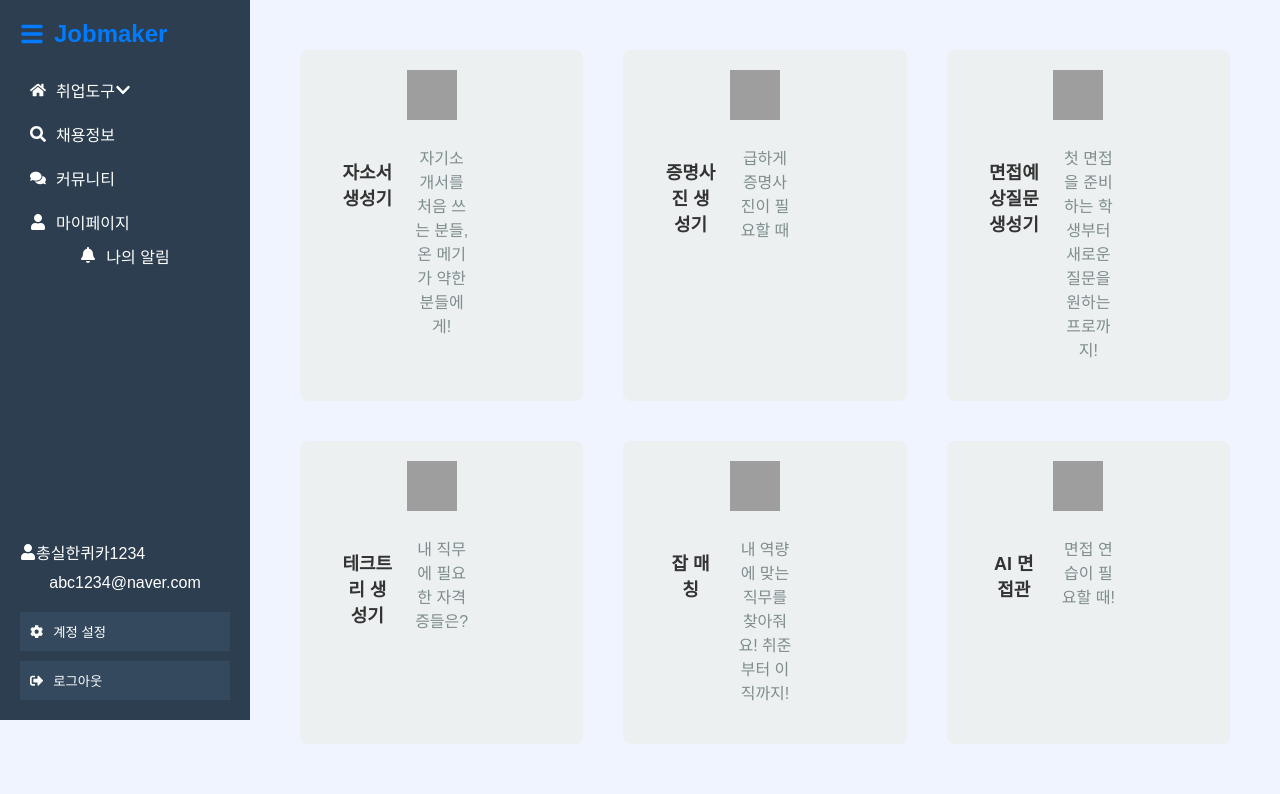
Repository: HSfac/jobmaker
Page: /main
The author's editor kept a copy of each file at every save. The page is drawn from the files as they stood at one save, then again after the next save.
The browser window is 1280 px wide. The pictures show the whole page.
Pictures or frames that could not be fetched are drawn as grey boxes. The project was rebuilt for these pictures with package versions that can differ from the ones it lists, and the page was loaded fresh each time. Also part of the build but not shown: src/components/Header.jsx, src/components/Footer.css, src/components/Footer.jsx, src/pages/LandingPage.jsx, src/pages/InfosPage.jsx, src/pages/CommunityPage.jsx, src/pages/MyPage.jsx, src/components/SocialLoginButton.css and 15 more.

Above is the page before, as saved 2024-07-13 17:41:48.

After the next save:
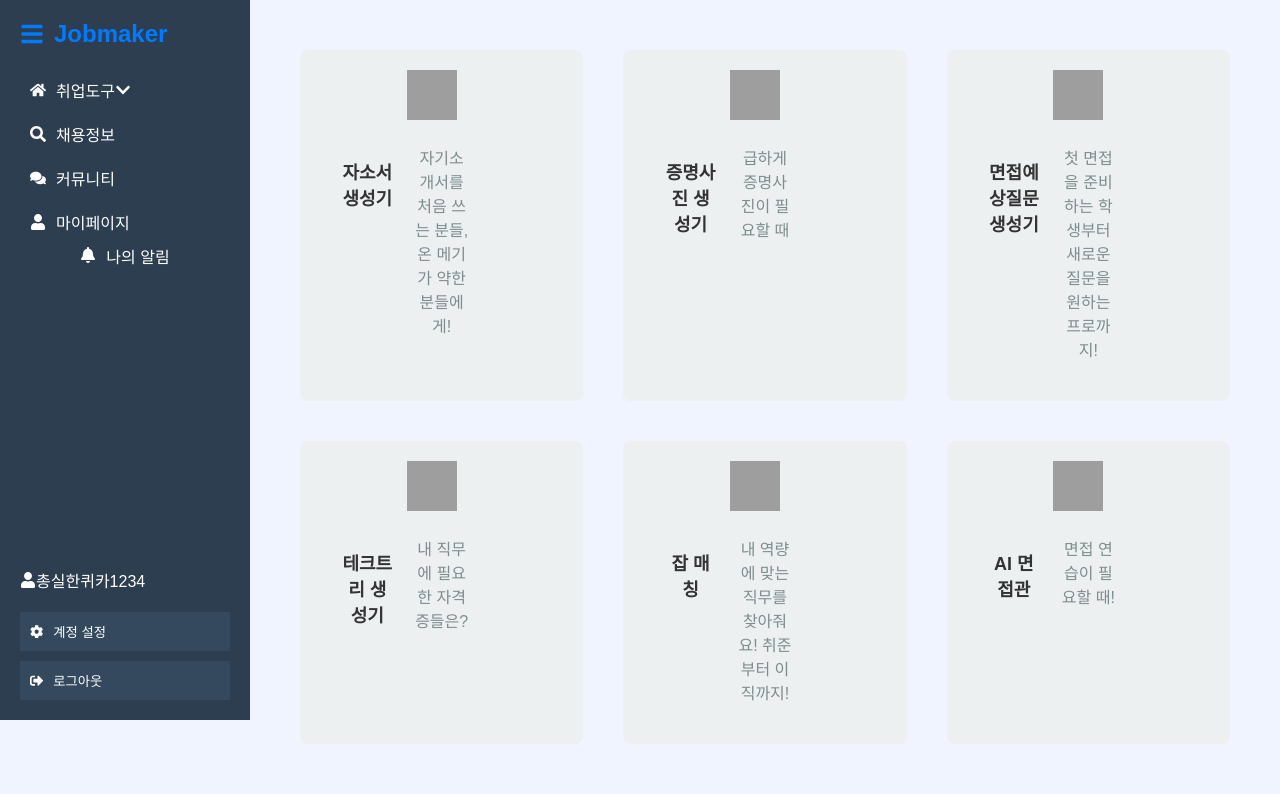
Saved 31 s later.
--- a/src/components/Sidebar.jsx
+++ b/src/components/Sidebar.jsx
@@ -97,7 +97,6 @@ const Sidebar = () => {
           <FaUser />
           {isOpen && <span>총실한퀴카1234</span>}
         </div>
-        {isOpen && <div className="email">abc1234@naver.com</div>}
         <div className="settings">
           <button className="settings-btn">
             <FaCog />
